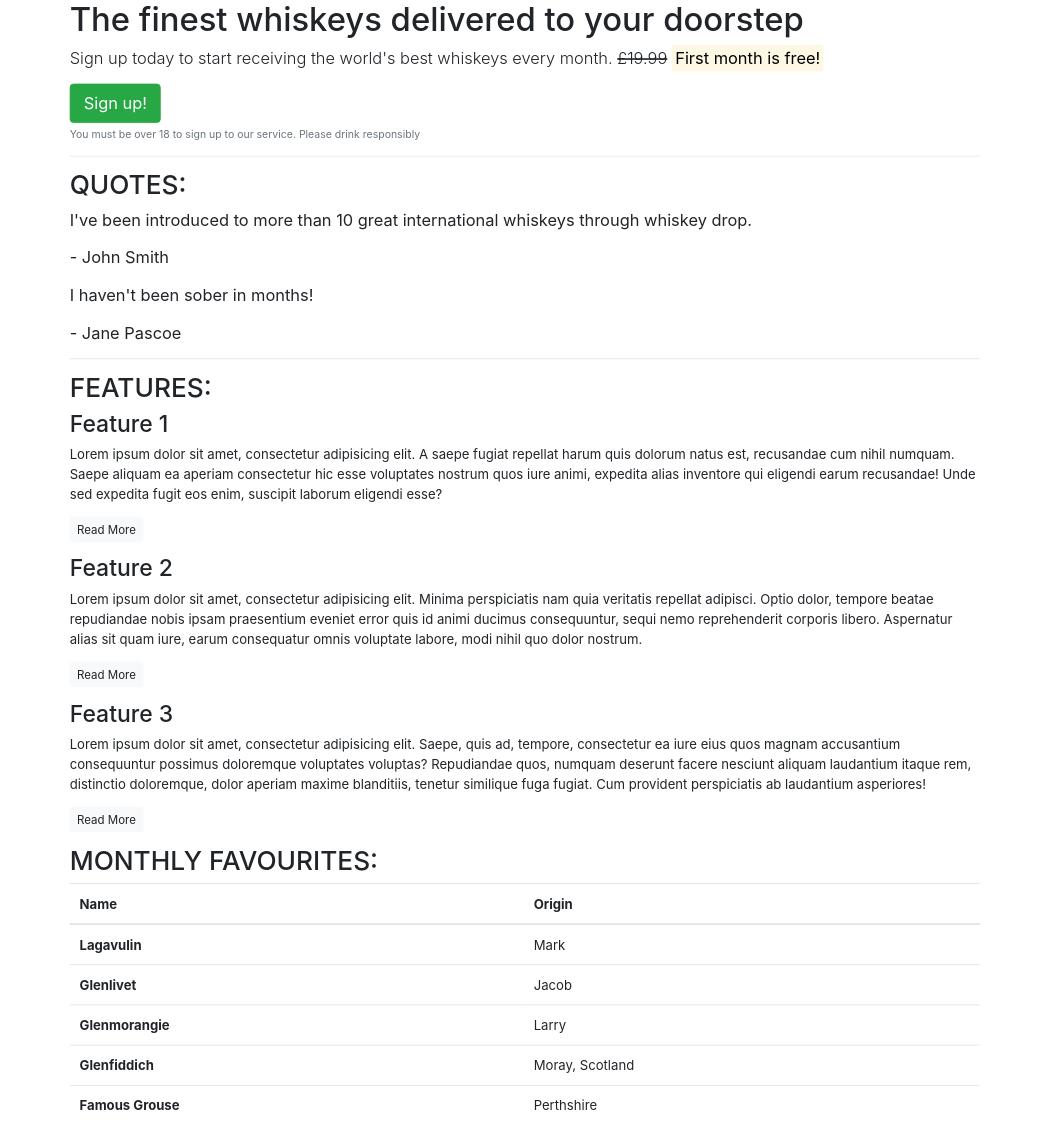
Repository: LouWills/WhiskeyDrop-bootstrap
Page: index.html
The author's editor kept a record of every edit. The page is drawn from the files as they stood at one moment, then again after the next edit.
The browser window is 1280 px wide. The pictures show the whole page, at 82% of full size.

Above is the page before.
Console error: TypeError: Cannot read properties of undefined (reading 'fn')

### index.html
<!DOCTYPE html>
<html lang="en">
<head>
    <meta charset="UTF-8">
    <meta name="viewport" content="width=device-width, initial-scale=1.0">
    <meta http-equiv="X-UA-Compatible" content="ie=edge">
    <link rel="stylesheet" href="https://stackpath.bootstrapcdn.com/bootstrap/4.3.1/css/bootstrap.min.css" integrity="sha384-ggOyR0iXCbMQv3Xipma34MD+dH/1fQ784/j6cY/iJTQUOhcWr7x9JvoRxT2MZw1T" crossorigin="anonymous">
<script src="https://stackpath.bootstrapcdn.com/bootstrap/4.3.1/js/bootstrap.min.js" integrity="sha384-JjSmVgyd0p3pXB1rRibZUAYoIIy6OrQ6VrjIEaFf/nJGzIxFDsf4x0xIM+B07jRM" crossorigin="anonymous"></script>
    <!--main.css are my own styles on the website-->
    <link rel="stylesheet" href="main.css" type="text/css" />
    <title>Whiskey Drop_Taste a new whiskey every month</title>
</head>
<body>
   <article class="container">
       <!--callout-->
       <section class="callout">
           <h1>The finest whiskeys delivered to your doorstep</h1>
           <p class="lead">Sign up today to start receiving the world's best whiskeys every month. <s>£19.99</s> <strong><mark>First month is free!</mark></strong></p>
            <button class="btn btn-success btn-lg btn-tablet">Sign up!</button>
           <p class="text-muted"><small>You must be over 18 to sign up to our service. Please drink responsibly</small></p>
       </section>
       <!--/.callout-->
       <hr>

       <!-- Quotes -->
       <section class="quotes">
           <h2 class="text-uppercase">Quotes:</h2>
           <blockquote class="blockquote">
               <p>I've been introduced to more than 10 great international whiskeys through whiskey drop.</p>
               <p>- John Smith</p>
           </blockquote>
           <blockquote class="blockquote">
               <p>I haven't been sober in months!</p>
               <p>- Jane Pascoe</p>
           </blockquote>
        </section>
        <!--/.quotes-->

        <hr>

        <!--Features-->
        <section class="features">
            <h2 class="text-uppercase">Features:</h2>
            <div class="feature">
                <h3>Feature 1</h3>
                <p>Lorem ipsum dolor sit amet, consectetur adipisicing elit. A saepe fugiat repellat harum quis dolorum natus est, recusandae cum nihil numquam. Saepe aliquam ea aperiam consectetur hic esse voluptates nostrum quos iure animi, expedita alias inventore qui eligendi earum recusandae! Unde sed expedita fugit eos enim, suscipit laborum eligendi esse?</p>
                <p><a class="btn btn-sm btn-light btn-tablet" href="">Read More</a></p>
            </div>
            <div class="feature">
                <h3>Feature 2</h3>
                <p>Lorem ipsum dolor sit amet, consectetur adipisicing elit. Minima perspiciatis nam quia veritatis repellat adipisci. Optio dolor, tempore beatae repudiandae nobis ipsam praesentium eveniet error quis id animi ducimus consequuntur, sequi nemo reprehenderit corporis libero. Aspernatur alias sit quam iure, earum consequatur omnis voluptate labore, modi nihil quo dolor nostrum.</p>
                <p><a class="btn btn-sm btn-light btn-tablet" href="">Read More</a></p>
            </div>
            <div class="feature">
                <h3>Feature 3</h3>
                <p>Lorem ipsum dolor sit amet, consectetur adipisicing elit. Saepe, quis ad, tempore, consectetur ea iure eius quos magnam accusantium consequuntur possimus doloremque voluptates voluptas? Repudiandae quos, numquam deserunt facere nesciunt aliquam laudantium itaque rem, distinctio doloremque, dolor aperiam maxime blanditiis, tenetur similique fuga fugiat. Cum provident perspiciatis ab laudantium asperiores!</p>
                <p><a class="btn btn-sm btn-light btn-tablet" href="">Read More</a></p>
            </div>
        </section>
        <!-- /.Features -->

        <!--Monthly Favourites-->
        <section class="monthlyFavourites">
            <h2 class="text-uppercase">Monthly favourites:</h2>
            <table class="table">
                <thead>
                    <tr>
                      <th scope="col" class="tab-header">Name</th>
                      <th scope="col" class="tab-header">Origin</th>
                    </tr>
                </thead>
                <tbody>
                    <tr>
                      <th scope="row">Lagavulin</th>
                      <td>Mark</td>
                    </tr>
                    <tr>
                      <th scope="row">Glenlivet</th>
                      <td>Jacob</td>
                    </tr>
                    <tr>
                      <th scope="row">Glenmorangie</th>
                      <td>Larry</td>
                    </tr>
                     <tr>
                      <th scope="row">Glenfiddich</th>
                      <td>Moray, Scotland</td>
                    </tr>
                    <tr>
                      <th scope="row">Famous Grouse</th>
                      <td>Perthshire</td>
                    </tr>
                </tbody>
            </table>
        </section>
   </article>
</body>
</html>

### main.css
@media (max-width: 767px) {
    .btn-tablet {
    margin:auto;
    display:block;
}
}

After the next edit:
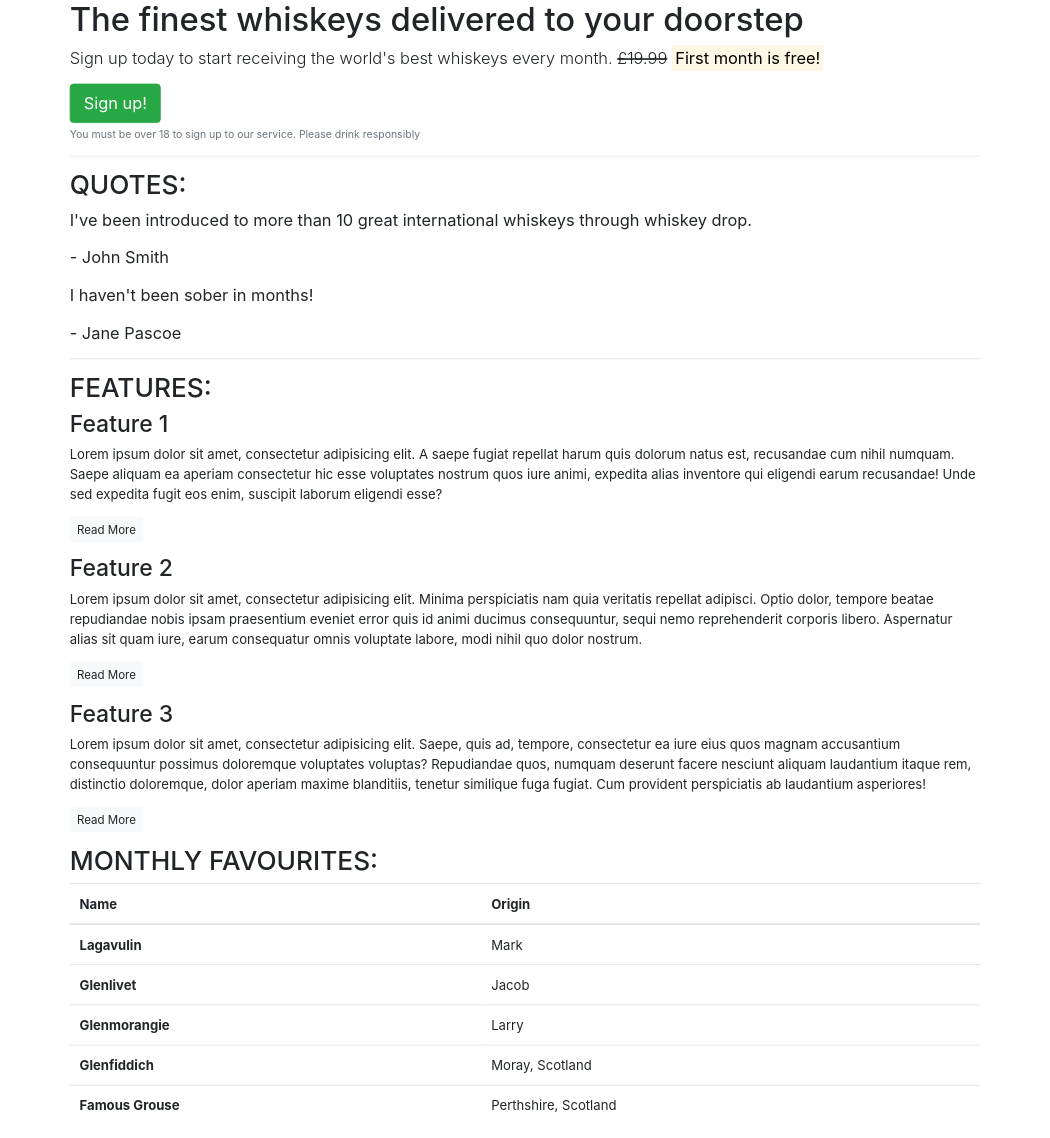
The edit:
--- a/index.html
+++ b/index.html
@@ -88,7 +88,7 @@
                     </tr>
                     <tr>
                       <th scope="row">Famous Grouse</th>
-                      <td>Perthshire</td>
+                      <td>Perthshire, Scotland</td>
                     </tr>
                 </tbody>
             </table>
